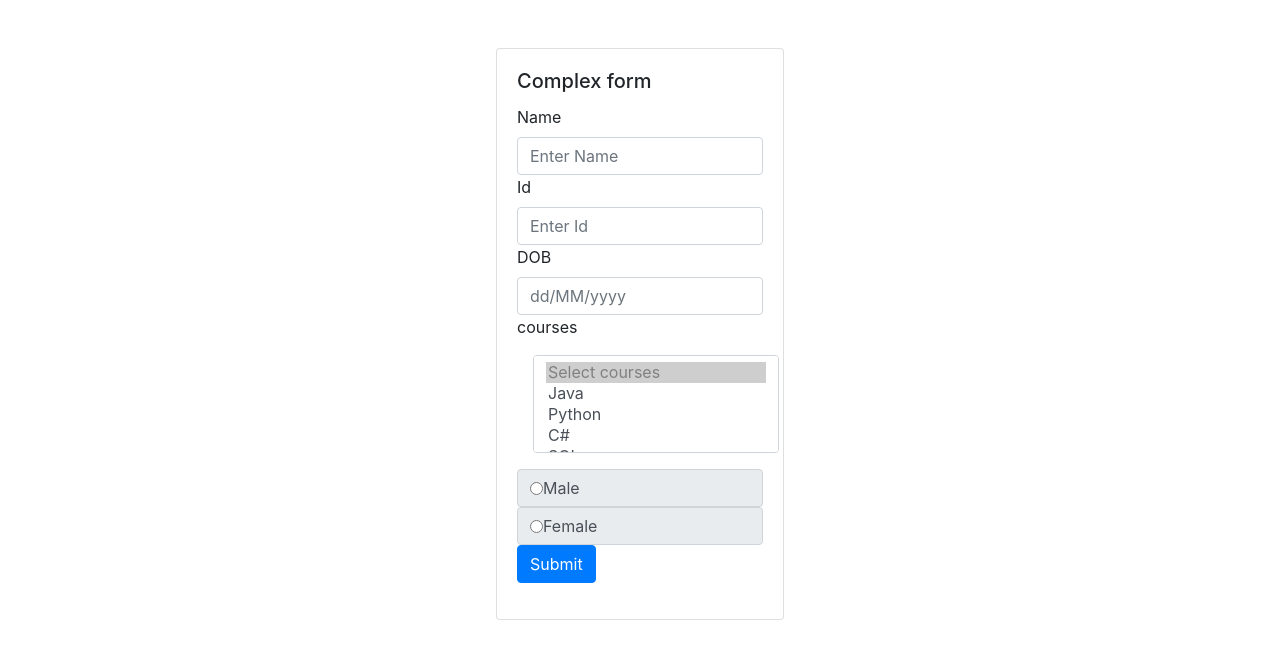
Repository: parvaizsajad/SpringFrameWork
Page: http://localhost/com.springMvc.search/complex
An editor plug-in stored every save of this project. The page is shown before and after the next save, followed by the edit.
The browser window is 1280 px wide. The pictures show the whole page.
Some web libraries are served in a nearby version. The page is served by Tomcat 9. Other server files are loaded and not shown.

Above is the page before, as saved 2021-09-10 11:13:43.

### com.springMvc.search/src/main/webapp/WEB-INF/spring-servlet.xml
<?xml version="1.0" encoding="UTF-8"?>


<!-- 2nd step step create the configuration file. -->

<beans xmlns="http://www.springframework.org/schema/beans"
	xmlns:xsi="http://www.w3.org/2001/XMLSchema-instance" xmlns:context="http://www.springframework.org/schema/context"
	xmlns:p="http://www.springframework.org/schema/p"
	xmlns:tx="http://www.springframework.org/schema/tx"
	xsi:schemaLocation="http://www.springframework.org/schema/beans
    http://www.springframework.org/schema/beans/spring-beans.xsd
    http://www.springframework.org/schema/context
    http://www.springframework.org/schema/context/spring-context.xsd
     http://www.springframework.org/schema/tx
    http://www.springframework.org/schema/tx/spring-tx.xsd
    ">
 <!--This is our bean or the metadata for our class  -->

 <context:component-scan base-package="com.springMvc.search"></context:component-scan>

<!--  view Resolver -->
   <bean class="org.springframework.web.servlet.view.InternalResourceViewResolver" name="viewResolver">
   <property name="prefix" value="/WEB-INF/views/"></property>
   <property name="suffix" value=".jsp"></property>
   </bean>




 </beans>

### com.springMvc.search/src/main/webapp/WEB-INF/views/complex.jsp
<%@ page language="java" contentType="text/html; charset=ISO-8859-1"
    pageEncoding="ISO-8859-1"%>
<!doctype html>
<html lang="en">
  <head>
    <!-- Required meta tags -->
    <meta charset="utf-8">
    <meta name="viewport" content="width=device-width, initial-scale=1, shrink-to-fit=no">

    <!-- Bootstrap CSS -->
    <link rel="stylesheet" href="https://maxcdn.bootstrapcdn.com/bootstrap/4.0.0/css/bootstrap.min.css" integrity="sha384-Gn5384xqQ1aoWXA+058RXPxPg6fy4IWvTNh0E263XmFcJlSAwiGgFAW/dAiS6JXm" crossorigin="anonymous">


   <div class="card mx-auto m-5" style="width: 18rem;">

  <div class="card-body">
    <h5 class="card-title">Complex form</h5>
     <form>
   <h3 class="text-center"></h3>

    <div class="form-group">
    <label for="name">Name</label>
    <input type="text" class="form-control" id="name" aria-describedby="emailHelp" name="name" placeholder="Enter Name">

     <label for="id">Id</label>
    <input type="number" class="form-control" id="id" aria-describedby="emailHelp" name="id"  placeholder="Enter Id">


      <label for="dob">DOB</label>
    <input type="text" class="form-control" id="dob" aria-describedby="emailHelp" name="dob"  placeholder="dd/MM/yyyy">

    <h7> courses</h1>
    <select class="custom-select m-3"  multiple="multiple">
  <option selected disabled="disabled">Select courses</option>
  <option value="1">Java</option>
  <option value="2">Python</option>
  <option value="3">C#</option>
  <option value="4">SQL</option>
</select>



    <div class="input-group-text">
    <input class="gender" type="radio" aria-label="Radio button for following text input" name=" gender" value="Male" id="male1">Male
    </div>
    <div class="input-group-text">
    <input class="gender" type="radio" aria-label="Radio button for following text input" name="gender" value="Female" id="male1">Female
    </div>




      <button type="submit" class="btn btn-primary">Submit</button>
</form>


  </div>
  </div>
</div>



    <!-- Optional JavaScript -->
    <!-- jQuery first, then Popper.js, then Bootstrap JS -->
    <script src="https://code.jquery.com/jquery-3.2.1.slim.min.js" integrity="sha384-KJ3o2DKtIkvYIK3UENzmM7KCkRr/rE9/Qpg6aAZGJwFDMVNA/GpGFF93hXpG5KkN" crossorigin="anonymous"></script>
    <script src="https://cdnjs.cloudflare.com/ajax/libs/popper.js/1.12.9/umd/popper.min.js" integrity="sha384-ApNbgh9B+Y1QKtv3Rn7W3mgPxhU9K/ScQsAP7hUibX39j7fakFPskvXusvfa0b4Q" crossorigin="anonymous"></script>
    <script src="https://maxcdn.bootstrapcdn.com/bootstrap/4.0.0/js/bootstrap.min.js" integrity="sha384-JZR6Spejh4U02d8jOt6vLEHfe/JQGiRRSQQxSfFWpi1MquVdAyjUar5+76PVCmYl" crossorigin="anonymous"></script>
  </body>
</html>

### com.springMvc.search/src/main/java/com/springMvc/search/Generilizedexceptionhandler.java
package com.springMvc.search;

import org.springframework.http.HttpStatus;
import org.springframework.stereotype.Controller;
import org.springframework.web.bind.annotation.ControllerAdvice;
import org.springframework.web.bind.annotation.ExceptionHandler;
import org.springframework.web.bind.annotation.ResponseStatus;

@ControllerAdvice
public class Generilizedexceptionhandler {
	@ResponseStatus(value = HttpStatus.INTERNAL_SERVER_ERROR)
	@ExceptionHandler({NullPointerException.class,NumberFormatException.class})
	public String errorHandler() {

		return "nullException";
	}
}

### com.springMvc.search/src/main/java/com/springMvc/search/SearchController.java
package com.springMvc.search;

import org.springframework.stereotype.Controller;
import org.springframework.web.bind.annotation.RequestMapping;
import org.springframework.web.bind.annotation.RequestParam;
import org.springframework.web.servlet.view.RedirectView;
@Controller
public class SearchController {
	@RequestMapping("/home")
	public String home() {

		System.out.println("going to home view");
		return("home");
	}
@RequestMapping("/search")
	public RedirectView search(@RequestParam("search") String sear) {
		String querry="https://www.google.com/search?q="+sear;
		RedirectView rd=new RedirectView();
		if(sear.isBlank()) {
		 rd.setUrl("home");
		 return rd;
		}


		rd.setUrl(querry);
		return rd;
	}
}

### com.springMvc.search/src/main/java/com/springMvc/search/complex.java
package com.springMvc.search;

import org.springframework.stereotype.Controller;
import org.springframework.web.bind.annotation.RequestMapping;

@Controller
public class complex {

	@RequestMapping("/complex")
	public String complexform() {

		return"/complex";
	}
}

After the next save:
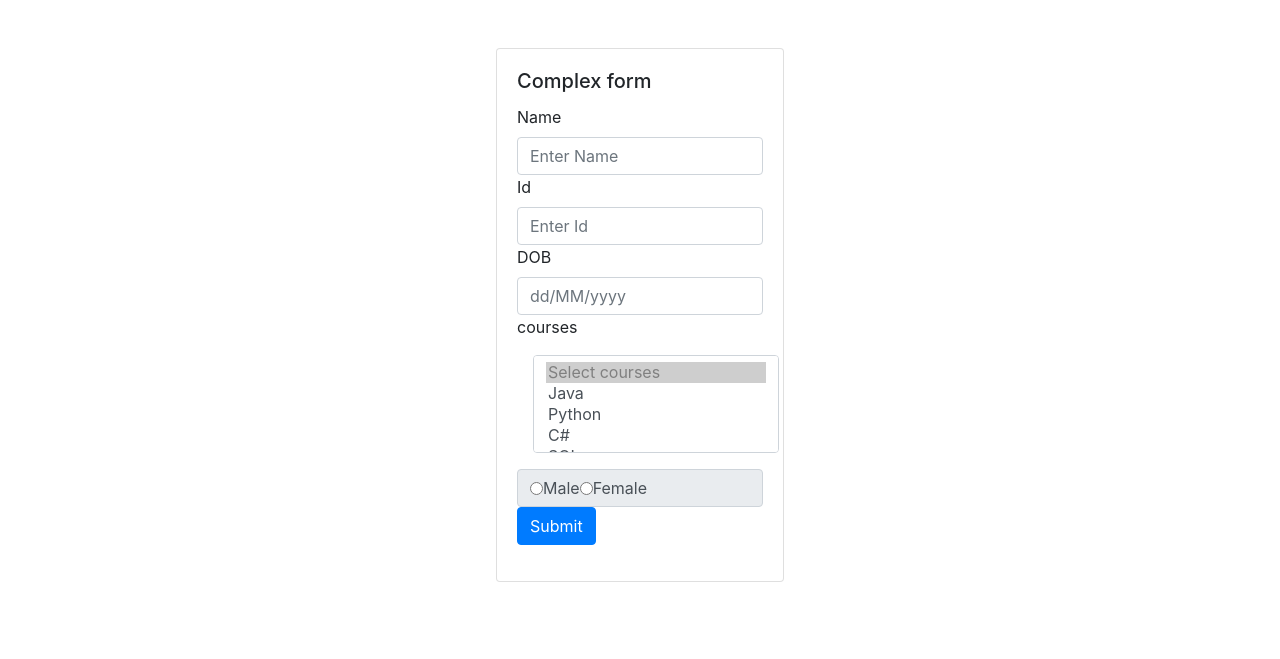
Saved 43 s later.
--- a/com.springMvc.search/src/main/webapp/WEB-INF/views/complex.jsp
+++ b/com.springMvc.search/src/main/webapp/WEB-INF/views/complex.jsp
@@ -42,8 +42,7 @@
 
     <div class="input-group-text">
     <input class="gender" type="radio" aria-label="Radio button for following text input" name=" gender" value="Male" id="male1">Male
-    </div>
-    <div class="input-group-text">
+
     <input class="gender" type="radio" aria-label="Radio button for following text input" name="gender" value="Female" id="male1">Female
     </div>
 
